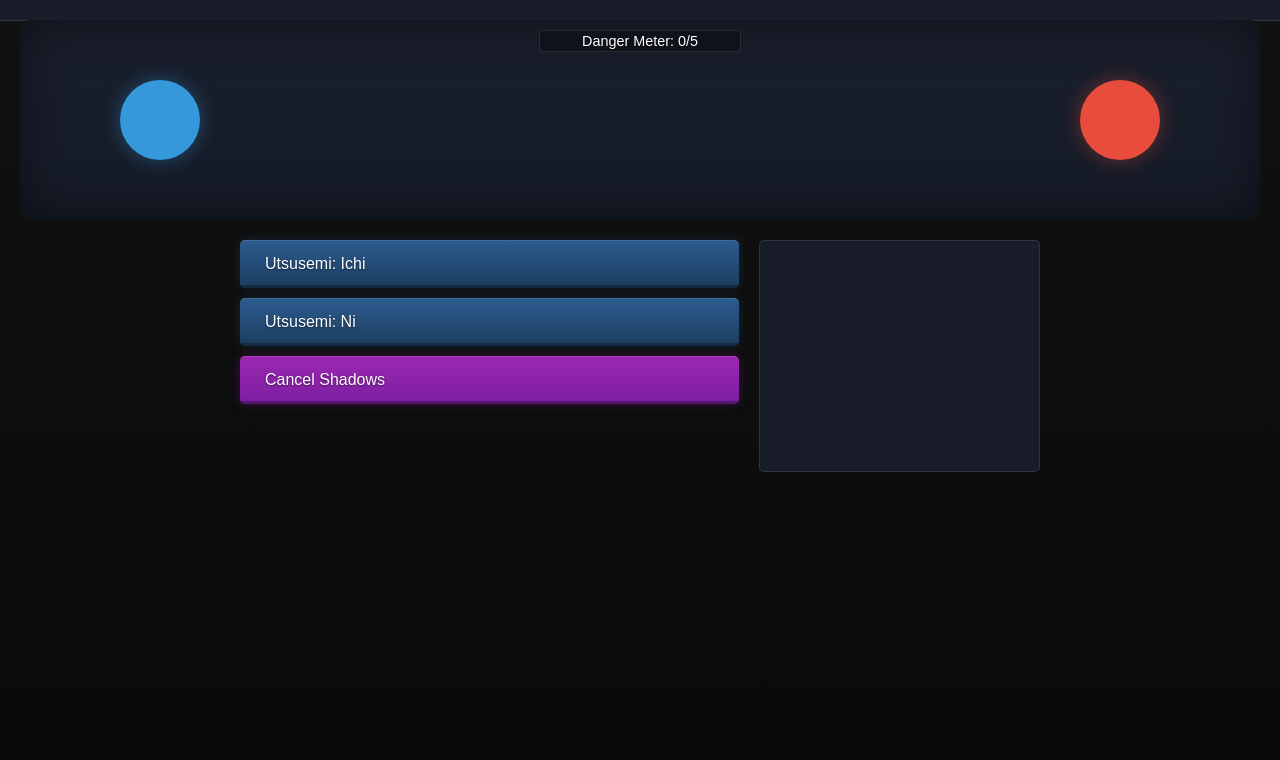
Repository: Rosoe/Rosoe-Portfolio
Page: static/utsusemi-game/index.html
The author's editor kept a copy of each file at every save. The page is drawn from the files as they stood at one save, then again after the next save.
The browser window is 1280 px wide. The pictures show the whole page.

Above is the page before, as saved 2024-12-06 15:28:15.
Console error: ReferenceError: ShopSystem is not defined

### static/utsusemi-game/index.html
<!DOCTYPE html>
<html lang="en">
<head>
    <meta charset="UTF-8">
    <title>FFXI: Utsusemi Game!</title>
    <link rel="stylesheet" href="css/styles.css">
</head>
<body>
    <div class="status" id="status"></div>
    <div class="battle-scene">
        <div class="danger-meter">
            <div class="danger-text">Danger Meter: 0/5</div>
            <div class="danger-fill"></div>
        </div>
        <div class="player" id="player"></div>
        <div class="mob" id="mob"></div>
    </div>
    <div class="game-over" id="gameOver">
        <div class="game-over-content">
            <h2>Game Over!</h2>
            <p>You were hit 5 times in a row!</p>
            <p>Final Score: <span id="finalScore">0</span></p>
            <button class="restart-button" onclick="game.restart()">Try Again</button>
        </div>
    </div>
    <div class="gameplay-container">
        <div class="spell-buttons">
            <div class="spell-button" id="ichiBtn" data-spell="ichi">Utsusemi: Ichi<div class="cooldown-overlay"></div><div class="cast-bar"><div class="cast-progress"></div></div></div>
            <div class="spell-button" id="niBtn" data-spell="ni">Utsusemi: Ni<div class="cooldown-overlay"></div><div class="cast-bar"><div class="cast-progress"></div></div></div>
            <div class="spell-button" id="sanBtn" data-spell="san" style="display:none;background:#E91E63">Utsusemi: San<div class="cooldown-overlay"></div><div class="cast-bar"><div class="cast-progress"></div></div></div>
            <div class="spell-button" id="kurayamiBtn" data-spell="kurayami" style="display:none">Kurayami: Ichi<div class="cooldown-overlay"></div><div class="cast-bar"><div class="cast-progress"></div></div></div>
            <div class="spell-button" id="hojoBtn" data-spell="hojo" style="display:none">Hojo: Ichi (4s)<div class="cooldown-overlay"></div><div class="cast-bar"><div class="cast-progress"></div></div></div>
            <div class="spell-button" id="jubakuBtn" data-spell="jubaku" style="display:none;background:#795548">Jubaku: Ichi<div class="cooldown-overlay"></div><div class="cast-bar"><div class="cast-progress"></div></div></div>
            <div class="spell-button" id="cancelBtn" style="background:#9C27B0">Cancel Shadows<div class="cast-bar"><div class="cast-progress"></div></div></div>
        </div>
        <div id="log" class="hits"></div>
    </div>
    <div class="auction-house" id="auctionHouse">
        <h2>Auction House</h2>
        <div class="shop-item">
            <span>Emperor's Hairpin (Evasion +10)</span>
            <button onclick="game.buyItem('hairpin', 40)">Buy - 40 gil</button>
        </div>
        <div class="shop-item">
            <span>Speed Belt (+6% Haste)</span>
            <button onclick="game.buyItem('belt', 80)">Buy - 80 gil</button>
        </div>
        <div class="shop-item">
            <span>Scroll of Utsusemi: San</span>
            <button onclick="game.buyItem('san', 140)">Buy - 140 gil</button>
        </div>
    </div>

    <script src="js/config.js"></script>
    <script src="js/state.js"></script>
    <script src="js/ui.js"></script>
    <script src="js/spells.js"></script>
    <script src="js/combat.js"></script>
    <script src="js/shop.js"></script>
    <script src="js/game.js"></script>
</body>
</html>

### static/utsusemi-game/css/styles.css
body {
    margin: 0;
    padding: 20px;
    font-family: Arial, sans-serif;
    background: #111;
    background-image: linear-gradient(to bottom, #111 0%, #0a0a0a 100%);
    color: white;
    min-height: 100vh;
}

.battle-scene {
    position: relative;
    width: 100%;
    height: 200px;
    background: #1a1f2c;
    background-image: linear-gradient(to bottom, #1a1f2c 0%, #151b27 100%);
    margin-bottom: 20px;
    overflow: hidden;
    border-radius: 10px;
    box-shadow: inset 0 0 50px rgba(0,0,0,0.5);
}

.player, .mob {
    position: absolute;
    width: 80px;
    height: 80px;
    bottom: 60px;
    border-radius: 50%;
    box-shadow: 0 0 20px rgba(0,0,0,0.3);
}

.player {
    left: 100px;
    background: #3498db;
    box-shadow: 0 0 20px rgba(52,152,219,0.4);
}

.mob {
    right: 100px;
    background: #e74c3c;
    box-shadow: 0 0 20px rgba(231,76,60,0.4);
    transition: transform 0.5s;
}

.mob.attacking {
    transform: translateX(-50px);
}

.shadow {
    position: absolute;
    width: 100%;
    height: 100%;
    background: rgba(52, 152, 219, 0.3);
    animation: shadowPulse 2s infinite;
    border-radius: 50%;
}

@keyframes shadowPulse {
    0% { transform: scale(1); opacity: 0.3; }
    50% { transform: scale(1.2); opacity: 0.15; }
    100% { transform: scale(1); opacity: 0.3; }
}

@keyframes damageFlash {
    0% { background: #1a1f2c; }
    50% { background: #c0392b; }
    100% { background: #1a1f2c; }
}

.gameplay-container {
    max-width: 800px;
    margin: 0 auto;
    display: flex;
    gap: 20px;
}

.spell-buttons {
    flex: 2;
    display: flex;
    flex-direction: column;
    gap: 10px;
}

.spell-button {
    position: relative;
    padding: 15px 25px;
    background: linear-gradient(to bottom, #2c5c8f 0%, #1c3c5f 100%);
    color: white;
    border: none;
    border-radius: 5px;
    cursor: pointer;
    overflow: hidden;
    user-select: none;
    transition: all 0.3s;
    box-shadow: 0 0 10px rgba(44,92,143,0.3), inset 0 1px rgba(255,255,255,0.1);
    text-shadow: 0 1px 2px rgba(0,0,0,0.5);
}

.spell-button:hover {
    background: linear-gradient(to bottom, #336699 0%, #1c3c5f 100%);
    box-shadow: 0 0 15px rgba(44,92,143,0.5), inset 0 1px rgba(255,255,255,0.1);
}

.spell-button[style*="background:#9C27B0"] {
    background: linear-gradient(to bottom, #9C27B0 0%, #7B1FA2 100%) !important;
    box-shadow: 0 0 10px rgba(156,39,176,0.3), inset 0 1px rgba(255,255,255,0.1);
}

.spell-button.casting {
    background: linear-gradient(to bottom, #27ae60, #219a52);
}

.spell-button.on-cooldown {
    background: linear-gradient(to bottom, #7f8c8d, #6c7a7a);
    cursor: not-allowed;
    box-shadow: none;
}

.cast-bar {
    position: absolute;
    bottom: 0;
    left: 0;
    width: 100%;
    height: 3px;
    background: rgba(0, 0, 0, 0.3);
}

.cast-progress {
    height: 100%;
    width: 0;
    background: #e74c3c;
    transition: width 0.1s linear;
}

.cooldown-overlay {
    position: absolute;
    top: 0;
    left: 0;
    width: 100%;
    height: 100%;
    background: rgba(0, 0, 0, 0.7);
    color: white;
    display: none;
    justify-content: center;
    align-items: center;
    font-size: 1.2em;
}

.status {
    position: fixed;
    top: 0;
    left: 0;
    right: 0;
    background: rgba(26, 31, 44, 0.95);
    color: white;
    padding: 10px 20px;
    display: flex;
    justify-content: space-between;
    align-items: center;
    border-bottom: 1px solid rgba(255,255,255,0.1);
}

.hits {
    flex: 1;
    height: 200px;
    overflow-y: auto;
    padding: 15px;
    background: rgba(26, 31, 44, 0.95);
    color: #a0a0a0;
    border-radius: 5px;
    font-family: 'Courier New', monospace;
    font-size: 14px;
    line-height: 1.4;
    border: 1px solid rgba(255,255,255,0.1);
}

.gil-gain {
    color: #f1c40f;
}

.game-over {
    display: none;
    position: fixed;
    top: 0;
    left: 0;
    width: 100%;
    height: 100%;
    background: rgba(0, 0, 0, 0.8);
    justify-content: center;
    align-items: center;
    z-index: 1000;
}

.game-over-content {
    background: linear-gradient(to bottom, #1a1f2c, #151b27);
    padding: 30px;
    border-radius: 10px;
    text-align: center;
    color: white;
    box-shadow: 0 0 30px rgba(0,0,0,0.5);
}

.restart-button {
    padding: 10px 20px;
    background: linear-gradient(to bottom, #e74c3c, #c0392b);
    color: white;
    border: none;
    border-radius: 5px;
    cursor: pointer;
    font-size: 1.1em;
    transition: all 0.3s;
    box-shadow: 0 0 10px rgba(231,76,60,0.3);
}

.restart-button:hover {
    background: linear-gradient(to bottom, #c0392b, #a93226);
    box-shadow: 0 0 15px rgba(231,76,60,0.5);
}

.danger-meter {
    position: absolute;
    top: 10px;
    left: 50%;
    transform: translateX(-50%);
    width: 200px;
    height: 20px;
    background: rgba(0, 0, 0, 0.3);
    border: 1px solid rgba(255,255,255,0.1);
    border-radius: 3px;
    overflow: hidden;
}

.danger-fill {
    width: 0%;
    height: 100%;
    background: linear-gradient(to right, #e74c3c, #c0392b);
    transition: width 0.3s;
}

.danger-text {
    position: absolute;
    width: 100%;
    text-align: center;
    color: white;
    font-size: 0.9em;
    line-height: 20px;
    z-index: 1;
    text-shadow: 0 1px 2px rgba(0,0,0,0.5);
}

.auction-house {
    display: none;
    position: fixed;
    top: 50%;
    right: 20px;
    transform: translateY(-50%);
    background: rgba(26, 31, 44, 0.95);
    padding: 20px;
    border-radius: 5px;
    color: white;
    border: 1px solid rgba(255,255,255,0.1);
}

.shop-item {
    margin: 10px 0;
    display: flex;
    justify-content: space-between;
    align-items: center;
    gap: 10px;
}

.shop-item button {
    padding: 5px 10px;
    background: linear-gradient(to bottom, #3498db, #2980b9);
    color: white;
    border: none;
    border-radius: 3px;
    cursor: pointer;
    box-shadow: 0 0 10px rgba(52,152,219,0.2);
}

.shop-item button:disabled {
    background: linear-gradient(to bottom, #7f8c8d, #6c7a7a);
    cursor: not-allowed;
    box-shadow: none;
}

### static/utsusemi-game/js/config.js
const CONFIG = {
    spells: {
        ichi: {
            castTime: 4000,
            cooldown: 30000,
            shadows: 3
        },
        ni: {
            castTime: 1500,
            cooldown: 40000,
            shadows: 4
        },
        san: {
            castTime: 500,
            cooldown: 60000,
            shadows: 5
        },
        kurayami: {
            castTime: 4000,
            cooldown: 30000,
            duration: 60000,
            missBonus: 0.15
        },
        hojo: {
            castTime: 4000,
            cooldown: 30000,
            shortDuration: 30000,
            longDuration: 60000,
            speedPenalty: 0.15
        },
        jubaku: {
            castTime: 4000,
            cooldown: 30000,
            shortDuration: 30000,
            longDuration: 60000,
            failChance: 0.20
        }
    },
    baseEvade: 0.05,
    mobAttackInterval: 3750,
    unlockThreshold: 20,
    hojoThreshold: 29,
    speedReduction: 0.06,
    dangerMeterMax: 5,
    comboMilestone: 10,
    shopUnlockGil: 10,
    items: {
        hairpin: {
            cost: 40,
            evadeBonus: 0.10
        },
        belt: {
            cost: 80,
            speedReduction: 0.06
        },
        san: {
            cost: 140
        }
    }
};

### static/utsusemi-game/js/state.js
class GameState {
    constructor() {
        this.reset();
    }

    reset() {
        this.cancelClicks = 0;
        this.running = false;
        this.time = 0;
        this.shadows = 0;
        this.shadowType = '-';
        this.gil = 0;
        this.currentCombo = 0;
        this.highestCombo = 0;
        this.lastComboReward = 0;
        this.consecutiveHits = 0;
        this.shopUnlocked = false;

        this.inventory = {
            hairpin: false,
            belt: false,
            san: false
        };

        this.stats = {
            blocked: 0,
            evaded: 0,
            taken: 0
        };

        this.spells = {
            ichi: {},
            ni: {},
            kurayami: {},
            hojo: {},
            jubaku: {}
        };

        this.effects = {
            blind: {
                active: false,
                endTime: 0
            },
            slow: {
                active: false,
                endTime: 0,
                value: 0
            },
            paralysis: {
                active: false,
                endTime: 0
            }
        };
    }

    incrementCancelClicks() {
        this.cancelClicks++;
        return this.cancelClicks;
    }

    resetCancelClicks() {
        this.cancelClicks = 0;
    }

    addGil(amount) {
        this.gil += amount;
        if (!this.shopUnlocked && this.gil >= CONFIG.shopUnlockGil) {
            this.shopUnlocked = true;
            return true; // Indicates shop was just unlocked
        }
        return false;
    }

    incrementCombo() {
        this.currentCombo++;
        if (this.currentCombo > this.highestCombo) {
            this.highestCombo = this.currentCombo;
        }
        return Math.floor(this.currentCombo / CONFIG.comboMilestone) * CONFIG.comboMilestone;
    }

    resetCombo() {
        this.currentCombo = 0;
        this.lastComboReward = 0;
    }

    updateShadows(amount, type) {
        this.shadows = amount;
        this.shadowType = type;
    }

    canOverwriteShadows(newType) {
        if (this.shadows === 0) return true;
        if (this.shadowType === 'san') return newType === 'san';
        if (this.shadowType === 'ni') return newType === 'san';
        return true;
    }

    removeShadow() {
        if (this.shadows > 0) {
            this.shadows--;
            return true;
        }
        return false;
    }

    clearShadows() {
        this.shadows = 0;
        this.shadowType = '-';
    }

    addSpellState(type, state) {
        this.spells[type] = state;
    }

    clearSpellState(type) {
        this.spells[type] = {};
    }

    isSpellCasting() {
        return Object.values(this.spells).some(spell => spell.casting);
    }

    isSpellOnCooldown(type) {
        return this.spells[type].onCooldown;
    }

    addEffect(type, duration) {
        this.effects[type] = {
            active: true,
            endTime: Date.now() + duration
        };
        if (type === 'slow') {
            this.effects.slow.value = CONFIG.spells.hojo.speedPenalty;
        }
    }

    checkEffects() {
        Object.entries(this.effects).forEach(([effect, state]) => {
            if (state.active && Date.now() > state.endTime) {
                state.active = false;
                if (effect === 'slow') {
                    state.value = 0;
                }
            }
        });
    }

    incrementHits() {
        this.consecutiveHits++;
        return this.consecutiveHits;
    }

    resetHits() {
        this.consecutiveHits = 0;
    }

    addStat(type) {
        this.stats[type]++;
    }

    purchaseItem(item) {
        if (this.gil >= CONFIG.items[item].cost && !this.inventory[item]) {
            this.gil -= CONFIG.items[item].cost;
            this.inventory[item] = true;
            return true;
        }
        return false;
    }
}

### static/utsusemi-game/js/combat.js
class CombatSystem {
    constructor(gameState, ui, spellSystem) {
        this.state = gameState;
        this.ui = ui;
        this.spellSystem = spellSystem;
        this.mobAttackTimer = null;
    }

    startMobAttacks() {
        this.scheduleMobAttack();
    }

    stopMobAttacks() {
        if (this.mobAttackTimer) {
            clearTimeout(this.mobAttackTimer);
            this.mobAttackTimer = null;
        }
    }

    scheduleMobAttack() {
        if (!this.state.running) return;

        const attackInterval = CONFIG.mobAttackInterval *
            (this.state.effects.slow.active ? (1 + this.state.effects.slow.value) : 1);

        this.mobAttackTimer = setTimeout(() => {
            this.executeMobAttack();
            this.scheduleMobAttack();
        }, attackInterval);
    }

    executeMobAttack() {
        if (!this.state.running) return;

        this.ui.startMobAttackAnimation();

        setTimeout(() => {
            // Check for paralysis
            if (this.state.effects.paralysis.active &&
                Math.random() < CONFIG.spells.jubaku.failChance) {
                this.ui.log('The enemy is paralysed.', this.state.time);
                this.ui.endMobAttackAnimation();
                return;
            }

            // Calculate evasion
            const baseEvadeChance = CONFIG.baseEvade +
                (this.state.inventory.hairpin ? CONFIG.items.hairpin.evadeBonus : 0);
            const missChance = baseEvadeChance +
                (this.state.effects.blind.active ? CONFIG.spells.kurayami.missBonus : 0);

            // Check for evade
            if (Math.random() < missChance) {
                this.state.addStat('evaded');
                this.handleSuccessfulAvoid('Attack evaded!');
                this.ui.endMobAttackAnimation();
                return;
            }

            // Check for shadow block
            if (this.state.shadows > 0) {
                this.state.removeShadow();
                this.state.addStat('blocked');
                this.handleSuccessfulAvoid('Attack blocked by shadow!');
            } else {
                this.handleHit();
            }

            this.ui.endMobAttackAnimation();
        }, 500);
    }

    handleSuccessfulAvoid(message) {
        this.state.resetHits();
        this.ui.resetDangerMeter();

        // Handle combo and rewards
        const currentMilestone = this.state.incrementCombo();

        if (currentMilestone >= CONFIG.comboMilestone &&
            currentMilestone > this.state.lastComboReward) {

            const gilEarned = currentMilestone;
            const shopJustUnlocked = this.state.addGil(gilEarned);
            this.state.lastComboReward = currentMilestone;

            this.ui.log(
                `<span class="gil-gain">${currentMilestone} Combo! Earned ${gilEarned} gil!</span>`,
                this.state.time
            );

            if (shopJustUnlocked) {
                this.ui.showShop();
                this.ui.log('The Auction House has opened!', this.state.time);
            }
        }

        this.ui.log(message, this.state.time);
    }

    handleHit() {
        this.state.addStat('taken');
        this.state.resetCombo();
        const hits = this.state.incrementHits();

        this.ui.updateDangerMeter(hits);
        this.ui.showDamageFlash();
        this.ui.log('Hit taken!', this.state.time);

        // Interrupt any casting spells
        Object.entries(this.state.spells).forEach(([type, spell]) => {
            if (spell.casting) {
                this.spellSystem.interruptCast(type);
            }
        });

        if (hits >= CONFIG.dangerMeterMax) {
            this.state.running = false;
            this.ui.showGameOver(this.state.highestCombo);
        }
    }

    cancelShadows() {
        if (!this.state.running || !this.state.shadows) return;

        const clicks = this.state.incrementCancelClicks();
        const progress = (clicks / 3) * 100;
        this.ui.updateCancelProgress(progress);

        if (clicks === 3) {
            this.state.clearShadows();
            this.state.resetCancelClicks();
            this.ui.resetCancelProgress();
            this.ui.log('Shadows cancelled', this.state.time);
        }
    }
}

### static/utsusemi-game/js/game.js
class Game {
    constructor() {
        // Initialize core systems
        this.state = new GameState();
        this.ui = new GameUI();
        this.spells = new SpellSystem(this.state, this.ui);
        this.combat = new CombatSystem(this.state, this.ui, this.spells);
        this.shop = new ShopSystem(this.state, this.ui);

        this.lastFrame = null;
        this.startTime = null;

        // Bind event handlers
        this.bindEvents();
    }

    bindEvents() {
        // Bind spell buttons
        document.querySelectorAll('[data-spell]').forEach(btn => {
            btn.addEventListener('click', () => this.castSpell(btn.dataset.spell));
        });

        // Bind cancel shadows button
        document.getElementById('cancelBtn').addEventListener('click', () => {
            if (!this.state.running) this.start();
            this.combat.cancelShadows();
        });
    }

    start() {
        if (!this.state.running) {
            this.state.running = true;
            this.lastFrame = performance.now();
            requestAnimationFrame(this.gameLoop.bind(this));
            this.combat.startMobAttacks();
        }
    }

    gameLoop(timestamp) {
        if (!this.state.running) return;

        // Initialize start time on first frame
        if (!this.startTime) this.startTime = timestamp;
        this.state.time = (timestamp - this.startTime) / 1000;

        // Check status effects
        this.state.checkEffects();

        // Check for spell unlocks based on total avoided attacks
        const totalAvoided = this.state.stats.blocked + this.state.stats.evaded;

        ['kurayami', 'hojo', 'jubaku'].forEach(spell => {
            const threshold = spell === 'kurayami' ? CONFIG.unlockThreshold :
                            spell === 'hojo' ? CONFIG.hojoThreshold : 70;

            if (totalAvoided >= threshold) {
                const btnId = `${spell}Btn`;
                this.ui.unlockSpell(btnId);
            }
        });

        // Update spell cast bars
        this.spells.updateCastBars(timestamp);

        // Update UI
        this.updateUI();

        // Continue game loop
        requestAnimationFrame(this.gameLoop.bind(this));
    }

    castSpell(type) {
        if (!this.state.running) this.start();
        this.spells.cast(type);
    }

    buyItem(item, cost) {
        return this.shop.buyItem(item, cost);
    }

    updateUI() {
        this.ui.updateShadowDisplay(this.state.shadows);
        this.ui.updateCancelButton(this.state.shadows > 0);
        this.ui.updateStatusDisplay(this.state);
    }

    restart() {
        // Stop all systems
        this.combat.stopMobAttacks();
        this.spells.clearAllTimers();

        // Reset state
        this.state.reset();
        this.startTime = null;

        // Reset UI
        this.ui.hideGameOver();
        this.ui.hideShop();
        this.ui.resetDangerMeter();
        this.shop.reset();

        // Reset unlockable buttons display
        ['sanBtn', 'kurayamiBtn', 'hojoBtn', 'jubakuBtn'].forEach(id => {
            document.getElementById(id).style.display = 'none';
        });

        // Update UI with reset state
        this.updateUI();
        this.ui.log('Game restarted! Cast a spell to begin!', 0);
    }
}

// Initialize game
const game = new Game();

Loaded but not shown: static/utsusemi-game/js/spells.js (165 lines, source omitted); static/utsusemi-game/js/ui.js (154 lines, source omitted); static/utsusemi-game/js/shop.js (no copy from this time; the picture is the same without it)

After the next save:
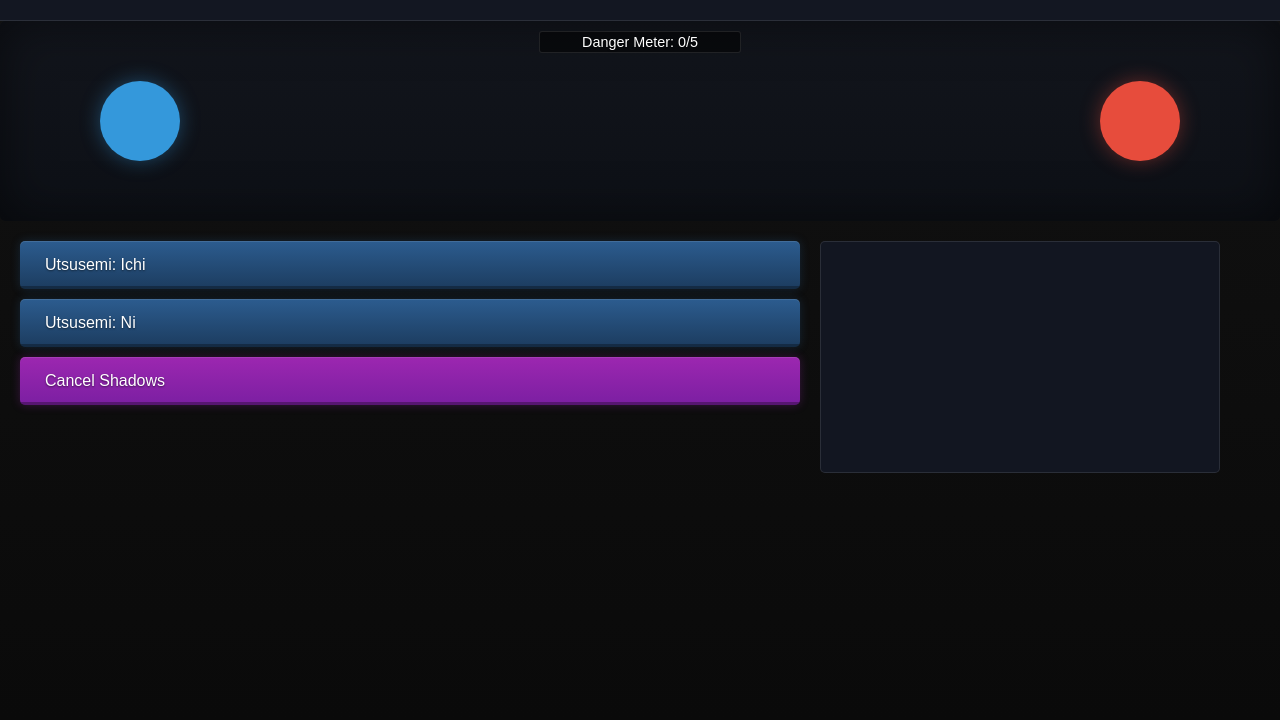
Saved 63 s later.
--- a/static/utsusemi-game/css/styles.css
+++ b/static/utsusemi-game/css/styles.css
@@ -1,6 +1,6 @@
 body {
     margin: 0;
-    padding: 20px;
+    padding: 0;
     font-family: Arial, sans-serif;
     background: #111;
     background-image: linear-gradient(to bottom, #111 0%, #0a0a0a 100%);
@@ -8,15 +8,26 @@ body {
     min-height: 100vh;
 }
 
+.status {
+    background: rgba(20, 24, 35, 0.95);
+    color: white;
+    padding: 10px 20px;
+    display: flex;
+    justify-content: space-between;
+    align-items: center;
+    border-bottom: 1px solid rgba(255,255,255,0.1);
+    font-size: 14px;
+}
+
 .battle-scene {
     position: relative;
     width: 100%;
     height: 200px;
-    background: #1a1f2c;
-    background-image: linear-gradient(to bottom, #1a1f2c 0%, #151b27 100%);
+    background: #12151c;
+    background-image: linear-gradient(to bottom, #12151c 0%, #0d1016 100%);
     margin-bottom: 20px;
     overflow: hidden;
-    border-radius: 10px;
+    border-radius: 5px;
     box-shadow: inset 0 0 50px rgba(0,0,0,0.5);
 }
 
@@ -62,20 +73,20 @@ body {
 }
 
 @keyframes damageFlash {
-    0% { background: #1a1f2c; }
+    0% { background: #12151c; }
     50% { background: #c0392b; }
-    100% { background: #1a1f2c; }
+    100% { background: #12151c; }
 }
 
 .gameplay-container {
-    max-width: 800px;
-    margin: 0 auto;
-    display: flex;
+    max-width: 1200px;
+    margin: 0 20px;
+    display: grid;
+    grid-template-columns: 1fr 400px;
     gap: 20px;
 }
 
 .spell-buttons {
-    flex: 2;
     display: flex;
     flex-direction: column;
     gap: 10px;
@@ -146,26 +157,11 @@ body {
     font-size: 1.2em;
 }
 
-.status {
-    position: fixed;
-    top: 0;
-    left: 0;
-    right: 0;
-    background: rgba(26, 31, 44, 0.95);
-    color: white;
-    padding: 10px 20px;
-    display: flex;
-    justify-content: space-between;
-    align-items: center;
-    border-bottom: 1px solid rgba(255,255,255,0.1);
-}
-
 .hits {
-    flex: 1;
     height: 200px;
     overflow-y: auto;
     padding: 15px;
-    background: rgba(26, 31, 44, 0.95);
+    background: rgba(20, 24, 35, 0.95);
     color: #a0a0a0;
     border-radius: 5px;
     font-family: 'Courier New', monospace;
@@ -224,7 +220,7 @@ body {
     transform: translateX(-50%);
     width: 200px;
     height: 20px;
-    background: rgba(0, 0, 0, 0.3);
+    background: rgba(0, 0, 0, 0.5);
     border: 1px solid rgba(255,255,255,0.1);
     border-radius: 3px;
     overflow: hidden;
@@ -254,7 +250,7 @@ body {
     top: 50%;
     right: 20px;
     transform: translateY(-50%);
-    background: rgba(26, 31, 44, 0.95);
+    background: rgba(20, 24, 35, 0.95);
     padding: 20px;
     border-radius: 5px;
     color: white;
